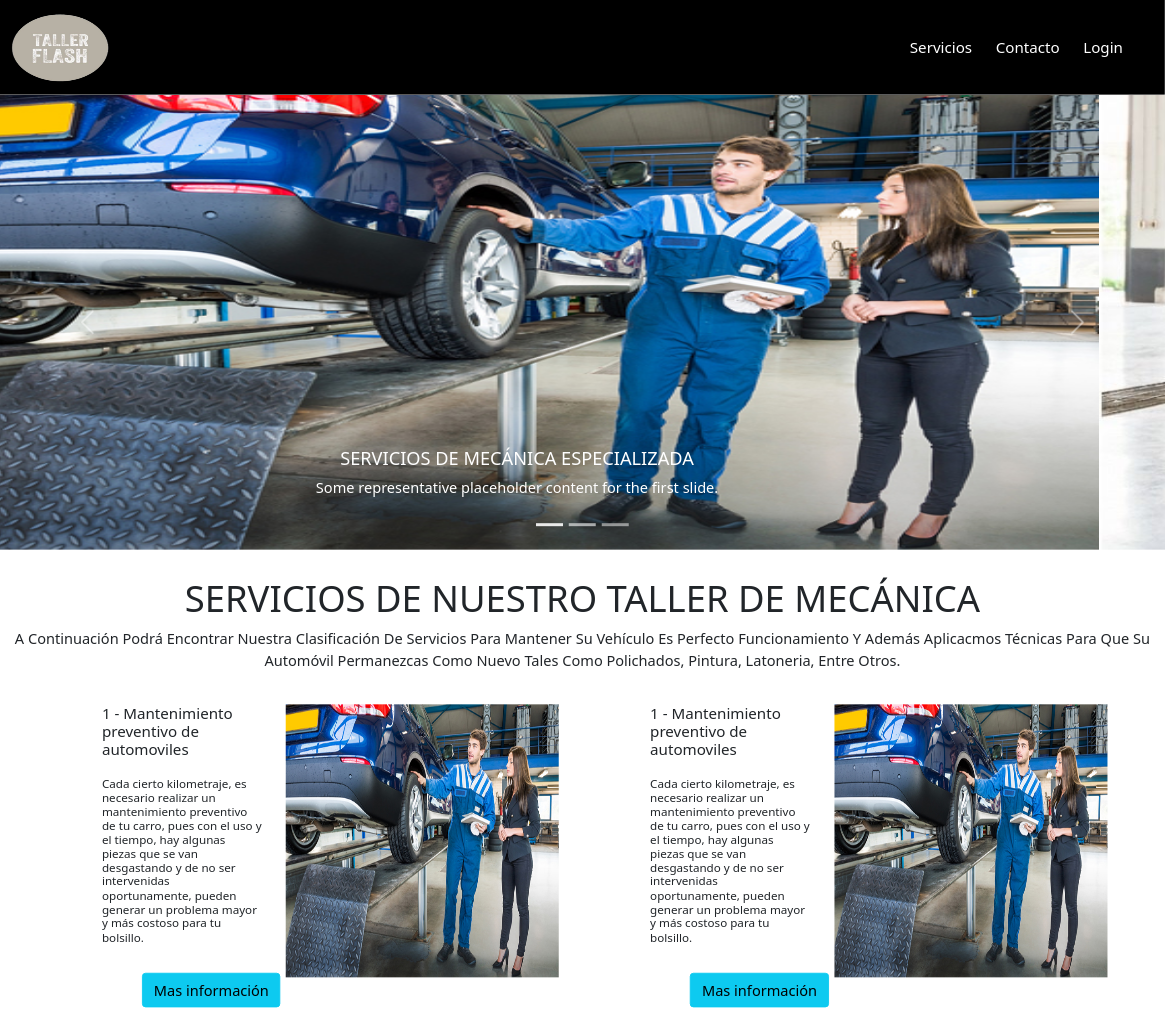
Repository: nder1996/Boostrap.Taller.Arquitectura
Page: Index.html
The author's editor kept a copy of each file at every save. The page is drawn from the files as they stood at one save, then again after the next save.
The browser window is 1280 px wide. The pictures show the whole page, at 91% of full size.

Above is the page before, as saved 2021-07-23 06:46:37.

### Index.html
<!DOCTYPE html>
<html lang="en">

<head>
	<meta charset="UTF-8">
	<meta name="viewport" content="width=device-width, initial-scale=1.0">
	<link rel="shortcut icon" href="img/Logo.png">
	<link href="https://cdn.jsdelivr.net/npm/bootstrap@5.0.2/dist/css/bootstrap.min.css" rel="stylesheet"
		integrity="sha384-EVSTQN3/azprG1Anm3QDgpJLIm9Nao0Yz1ztcQTwFspd3yD65VohhpuuCOmLASjC" crossorigin="anonymous">
	<link rel="stylesheet" href="https://cdnjs.cloudflare.com/ajax/libs/font-awesome/5.15.3/css/all.min.css"
		integrity="sha512-iBBXm8fW90+nuLcSKlbmrPcLa0OT92xO1BIsZ+ywDWZCvqsWgccV3gFoRBv0z+8dLJgyAHIhR35VZc2oM/gI1w=="
		crossorigin="anonymous" referrerpolicy="no-referrer" />
	<link rel="stylesheet" href="css/style.css">
	<title>Taller Automotriz</title>
</head>

<body>

	<nav class="navbar navbar-expand-lg navbar-light">
		<div class="container-fluid">
			<a class="navbar-brand" href="#"><img src="img/Logo.png" alt="" style='width: 110px; height: 78px;'></a>
			<button class="navbar-toggler" type="button" data-bs-toggle="collapse" data-bs-target="#navbarNav"
				aria-controls="navbarNav" aria-expanded="false" aria-label="Toggle navigation">
				<span class="navbar-toggler-icon"></span>
			</button>
			<div class="collapse navbar-collapse" id="navbarNav">
				<ul class="navbar-nav ms-auto">
					<li class="nav-item">
						<a class="nav-link active" aria-current="page" href="#">Servicios</a>
					</li>
					<li class="nav-item">
						<a class="nav-link" href="#">Contacto</a>
					</li>
					<li class="nav-item">
						<a class="nav-link" href="#">Login</a>
					</li>
				</ul>
			</div>
		</div>
	</nav>
	<div id="carouselExampleCaptions" class="carousel slide" data-bs-ride="carousel">
		<div class="carousel-indicators">
			<button type="button" data-bs-target="#carouselExampleCaptions" data-bs-slide-to="0" class="active"
				aria-current="true" aria-label="Slide 1"></button>
			<button type="button" data-bs-target="#carouselExampleCaptions" data-bs-slide-to="1"
				aria-label="Slide 2"></button>
			<button type="button" data-bs-target="#carouselExampleCaptions" data-bs-slide-to="2"
				aria-label="Slide 3"></button>
		</div>
		<div class="carousel-inner">
			<div class="carousel-item active">
				<img src="img/Mantenimiento_1.jpg" class="d-block w-100" alt="...">
				<div class="carousel-caption d-none d-md-block">
					<h5>SERVICIOS DE MECÁNICA
						ESPECIALIZADA</h5>
					<p>Some representative placeholder content for the first slide.</p>
				</div>
			</div>
			<div class="carousel-item">
				<img src="img/Mantenimiento_3.png" class="d-block w-100" alt="...">
				<div class="carousel-caption d-none d-md-block">
					<h5>SERVICIOS DE MECÁNICA
						ESPECIALIZADA</h5>
					<p>Some representative placeholder content for the second slide.</p>
				</div>
			</div>
			<div class="carousel-item">
				<img src="img/Mantenimiento_2.png" class="d-block w-100" alt="...">
				<div class="carousel-caption d-none d-md-block">
					<h5>Third slide label</h5>
					<p>Some representative placeholder content for the third slide.</p>
				</div>
			</div>
		</div>
		<button class="carousel-control-prev" type="button" data-bs-target="#carouselExampleCaptions"
			data-bs-slide="prev">
			<span class="carousel-control-prev-icon" aria-hidden="true"></span>
			<span class="visually-hidden">Previous</span>
		</button>
		<button class="carousel-control-next" type="button" data-bs-target="#carouselExampleCaptions"
			data-bs-slide="next">
			<span class="carousel-control-next-icon" aria-hidden="true"></span>
			<span class="visually-hidden">Next</span>
		</button>
	</div>
	<div class="Letra_Servicios container-xxl">
		<h1>SERVICIOS DE NUESTRO TALLER DE MECÁNICA</h1>
		<p>
			A Continuación Podrá Encontrar Nuestra Clasificación De Servicios Para Mantener Su Vehículo Es Perfecto
			Funcionamiento Y Además Aplicacmos Técnicas Para Que Su Automóvil Permanezcas Como Nuevo Tales Como
			Polichados, Pintura, Latoneria, Entre Otros.

		</p>
	</div>

	<div class="Servicios container-fluid">
		<div class="Servicio" id="Servicio_1">
			<br> <br>
			<h1>1 - Mantenimiento preventivo de automoviles <br> <br>
				<p>
					Cada cierto kilometraje, es necesario realizar un mantenimiento preventivo de tu carro, pues con
					el uso
					y el tiempo, hay algunas piezas que se van desgastando y de no ser intervenidas oportunamente,
					pueden
					generar un problema mayor y más costoso para tu bolsillo.
					<br> <br> <br>
					<button type="button" class="btn btn-info">Mas información</button>
				</p>
			</h1>
			<br>
			<img src="img/Mantenimiento_1.jpg" alt="" width="300px" height="300px">
		</div>
		<div class="Servicio" id="Servicio_1">
			<br> <br>
			<h1>1 - Mantenimiento preventivo de automoviles <br> <br>
				<p>
					Cada cierto kilometraje, es necesario realizar un mantenimiento preventivo de tu carro, pues con
					el uso
					y el tiempo, hay algunas piezas que se van desgastando y de no ser intervenidas oportunamente,
					pueden
					generar un problema mayor y más costoso para tu bolsillo.
					<br> <br> <br>
					<button type="button" class="btn btn-info">Mas información</button>
				</p>
			</h1>
			<br>
			<img src="img/Mantenimiento_1.jpg" alt="" width="300px" height="300px">
		</div>

	</div>
	<!--
		<div><img src="img/Mantenimiento_2.png" alt="" width="300px" height="300px"></div>
		<div><img src="img/Mantenimiento_3.png" alt="" width="300px" height="300px"></div>
		<div><img src="img/Mantenimiento_4.png" alt="" width="300px" height="300px"></div>
		-->











	<script src="https://cdn.jsdelivr.net/npm/bootstrap@5.0.2/dist/js/bootstrap.bundle.min.js"
		integrity="sha384-MrcW6ZMFYlzcLA8Nl+NtUVF0sA7MsXsP1UyJoMp4YLEuNSfAP+JcXn/tWtIaxVXM" crossorigin="anonymous">
	</script>
	<script src="https://cdnjs.cloudflare.com/ajax/libs/jquery/3.6.0/jquery.min.js"
		integrity="sha512-894YE6QWD5I59HgZOGReFYm4dnWc1Qt5NtvYSaNcOP+u1T9qYdvdihz0PPSiiqn/+/3e7Jo4EaG7TubfWGUrMQ=="
		crossorigin="anonymous" referrerpolicy="no-referrer"></script>
</body>

</html>

### css/style.css
nav{
    background-color: black !important;
}

nav li{
    position:relative;
    margin-left: 10px;
    left:-10%;
}

nav li a{
    color:white !important;
    font-size: 1.3vw;
}

.carousel-inner{
    position:relative;
    width: 100%;
    height: 500px;
}

.carousel-item img{
    position:relative;
    width: 100%;
    height: 500px;
}

.Letra_Servicios{
    position: relative;
    text-align: center;
    margin-top: 30px;
}

.Servicios{
    position:relative;
    display: flex;
}

.Servicios .Servicio{
    position:relative;
    display: flex;
    width: 40%;
    height: 350px;
    top:20px;
    margin-left: 100px;

}

.Servicios .Servicio button{
    position: relative;
    left:25%
}


.Servicios div h1{
    position:relative;
    text-align: left;
    font-size: 1.3vw;
    width: 60%;

}

.Servicios div p{
    position:relative;
    text-align: left;
    font-size: 1vw;
    width: 87%;
}

After the next save:
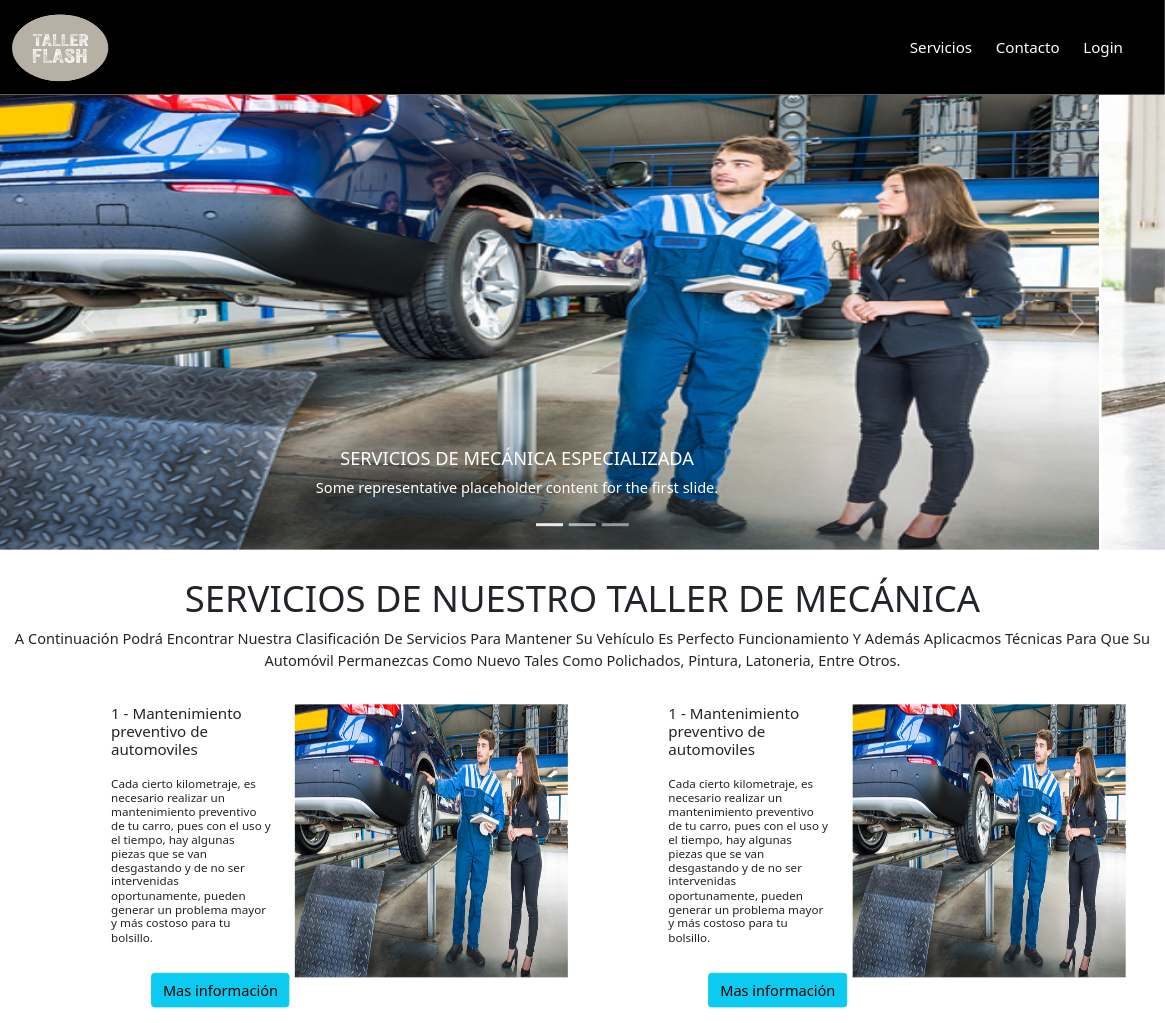
Saved 5 s later.
--- a/css/style.css
+++ b/css/style.css
@@ -42,7 +42,7 @@ nav li a{
     width: 40%;
     height: 350px;
     top:20px;
-    margin-left: 100px;
+    margin-left: 110px;
 
 }
 
